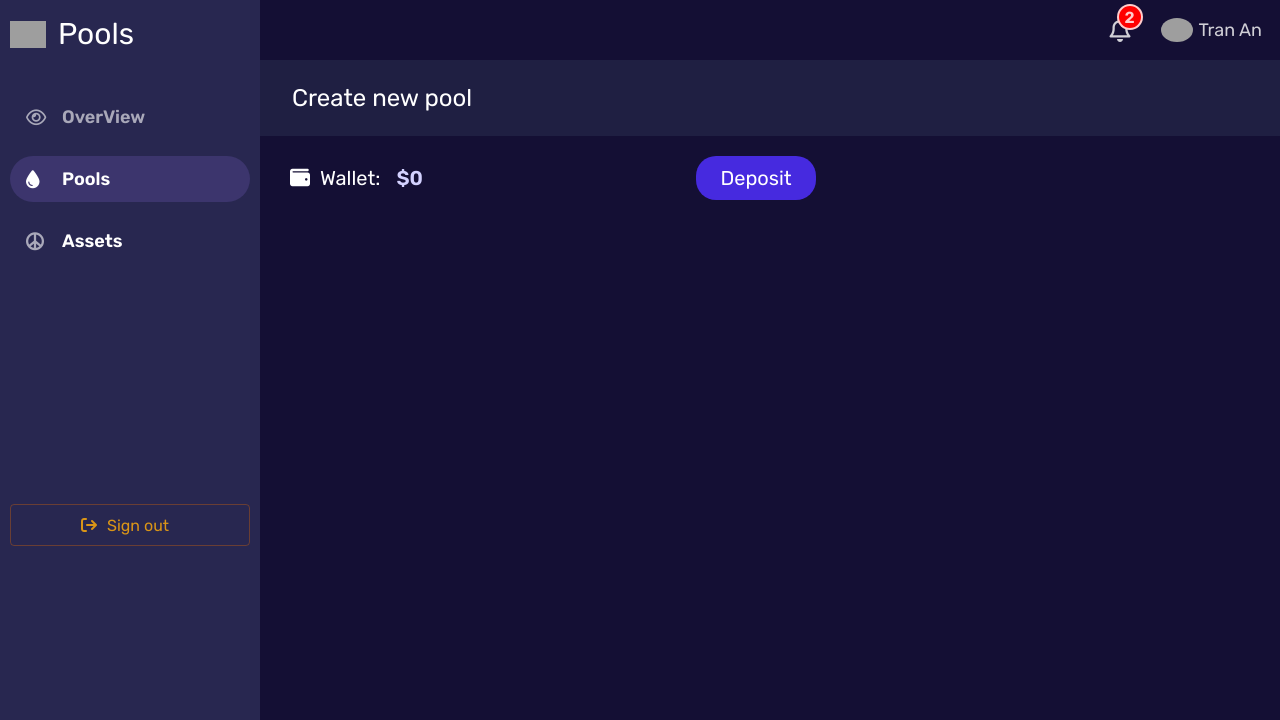
Repository: quynh232000/pools
Page: pool/create-pool.html
An editor plug-in stored every save of this project. The page is shown before and after the next save, followed by the edit.
The browser window is 1280 px wide. The pictures show the whole page.
Pictures or frames that could not be fetched are drawn as grey boxes.

Above is the page before, as saved 2023-07-14 00:23:29.

### pool/create-pool.html
<!DOCTYPE html>
<html lang="en">
  <head>
    <meta charset="UTF-8" />
    <meta name="viewport" content="width=device-width, initial-scale=1.0" />
    <title>Create Pool</title>

    <link rel="stylesheet" href="../src/css/base.css" />
    <link rel="stylesheet" href="../src/css/style.css" />
    <link rel="stylesheet" href="../src/css/pool.css" />
    <link rel="stylesheet" href="../src/css/create-pool.css" />
    <link
      rel="stylesheet"
      href="https://cdnjs.cloudflare.com/ajax/libs/font-awesome/6.4.0/css/all.min.css"
      integrity="sha512-iecdLmaskl7CVkqkXNQ/ZH/XLlvWZOJyj7Yy7tcenmpD1ypASozpmT/E0iPtmFIB46ZmdtAc9eNBvH0H/ZpiBw=="
      crossorigin="anonymous"
      referrerpolicy="no-referrer"
    />
  </head>
  <body>
    <div class="container">
      <div class="sidebar">
        <div class="sidebar-logo">
          <img src="https://sef-eco.vercel.app/assets/images/logo.png" alt="" />
          <span>Pools</span>
        </div>
        <div class="sidebar-items">
          <div class="sidebar-list">
            <div class="sidebar-item">
              <i class="fa-regular fa-eye"></i>
              <div class="sidebar-item-name">OverView</div>
            </div>
            <div class="sidebar-item sidebar-item-active">
              <i class="fa-solid fa-droplet"></i>
              <a href="/pool.html" class="sidebar-item-name">Pools</a>
            </div>
            <div class="sidebar-item">
              <i class="fa-solid fa-peace"></i>
              <a href="/index.html" class="sidebar-item-name">Assets</a>
            </div>
          </div>

          <div class="sidebar-sign-out">
            <i class="fa-solid fa-arrow-right-from-bracket"></i>
            <div class="sidebar-item-name">Sign out</div>
          </div>
        </div>
      </div>
      <div class="content">
        <div class="header">
          <div class="header-noti">
            <i class="fa-regular fa-bell"></i>
            <div class="header-noti-count">2</div>
          </div>
          <div class="header-user">
            <img
              src="https://static.vecteezy.com/system/resources/previews/002/002/257/original/beautiful-woman-avatar-character-icon-free-vector.jpg"
              alt=""
            />
            <div class="header-user-name">Tran An</div>
          </div>
        </div>
        <!-- body -->
        <div class="content-title">Create new pool</div>
        <div class="create-body">
          <div class="create-wallet">
            <i class="fa-solid fa-wallet"></i>
            <div class="create-wallet-title">Wallet:</div>
            <span>$0</span>
            <div class="create-btn">Deposit</div>
          </div>
          <div class="create-select-money"></div>
        </div>
      </div>
    </div>
  </body>
</html>

### src/css/base.css
@import url('https://fonts.googleapis.com/css2?family=Rubik:wght@300;400;500;600;700&display=swap');
 :root{
    --primary-color:#fff;
    --text-color:#fff;
    --text-1-color:rgb(211, 209, 255);
    --bg-color:#140f34;
    --bg-item-color:#282750;

 }
*{
    box-sizing: inherit;
}
html,body{
    box-sizing: border-box;
    margin: 0;
    padding: 0;
    font-family: 'Rubik', sans-serif;
    color: var(--text-color);
}
a{
    color: white;
    text-decoration: none;
}

### src/css/style.css
.container{
    width: 100%;
    min-height: 100vh;
    background-color: var(--bg-color);
    display: flex;
}
.sidebar{
    width: 20%;
    min-width: 260px;
    max-width: 400px;
    display: flex;
    flex-direction: column;
    min-height: 100vh;
    background-color: var(--bg-item-color);
}
.sidebar-logo{
    display: flex;
    width: 100%;
    align-items: center;
    padding: 16px 10px;
}
.sidebar-logo img{
    width: 15%;
}
.sidebar-logo span{
    font-size: 30px;
    color: var(--primary-color);
    margin-left: 12px;

}
.sidebar-items{
    padding: 26px 10px;
    display: flex;
    flex-direction: column;
    justify-content: space-between;
    min-height: 70vh;
}
.sidebar-list{

}
.sidebar-item{
    font-size: 18px;
    display: flex;
    align-items: center;
    padding: 12px 16px;
    border-radius: 40px;
    color: rgb(255 255 255/.6);
    margin-bottom: 16px;
    font-weight: 600;
    transition: color .3s;
}
.sidebar-item:hover{
    cursor: pointer;
    color: rgb(255 255 255/.8);
}
.sidebar-item-active{
    background-color:#3c356d ;
    color: var(--text-color);
}
.sidebar-item i{
    min-width: 36px;
}
.sidebar-sign-out{
    display: flex;
    align-items: center;
    color: rgb(218, 149, 23);
    text-align: center;
    border: 1px solid rgba(202, 98, 12,.4);
    justify-content: center;
    padding-right: 10px;
    border-radius: 4px;
    transition: color border .3s;
}
.sidebar-sign-out:hover{
    cursor: pointer;
    color: rgb(253, 166, 5);
    border: 1px solid rgba(202, 98, 12,.5);
}
.sidebar-sign-out i{
    margin-right: 10px;
    padding: 12px 0;
}

.content{
    width: 85%;
    min-height: 100vh;
    /* background-color: var(--bg-color); */
}
.header{
    display: flex;
    justify-content: flex-end;
    padding: 18px;
    color: rgb(255 255 255/.8);
    align-items: center;
}
.header-user{
    display: flex;
    align-items: center;
    font-size: 18px;

}
.header-user img {
    width: 32px;
    border-radius: 50%;
    margin-right: 6px;
}
.header-noti{
    display: flex;
    margin-right: 30px;
    font-size: 20px;
    position: relative;
    font-size: 24px;
}
.header-noti-count{
    width: 26px;
    height: 26px;
    position: absolute;
    top: -14px;
    left: 7px;
    border: 2px solid  rgb(255 255 255/.8);
    text-align: center;
    border-radius: 50%;
    font-size: 16px;
    display: flex;
    align-items: center;
    justify-content: center;
    background-color: var(--bg-color);
    background-color: red;
    font-weight: 600;

}
.content-title{
    background-color: #1f1f42;
    padding: 24px 32px;
    font-size: 24px;
}
.content-list{
    display: flex;
    flex-direction: column;
    align-items: center;
    padding: 0 40px;
}
.content-list-body{
    width: 100%;
    margin-top: 20px;

}
.content-nav{
    width: 100%;
    display: flex;
    justify-content: space-between;
    padding: 12px 26px;
    margin: 10px 0;
    transition: background-color .2s ;
}
.content-nav:hover{
    background-color: #2d2d44;
}
.nav-left{
    width: 50%;
    display: flex;
    align-items: center;
    justify-content: space-between;
    font-size: 22px;

}
.nav-left-info{
    display: flex;
    align-items: center;
}
.nav-left-info img{
    width: 32px;
    margin-right: 8px;
}
.nav-left-name{
    font-size: 22px;
}
.nav-left-balance{
    display: flex;
    flex-direction: column;
    align-items: center;
    flex: 1;
}
.nav-left-balance span:nth-child(2){
    font-size: 20px;
    color: #a8a8a8;
}


.nav-right{
    width: 40%;
    display: flex;
    justify-content: space-between;
    align-items: center;
    color: #b3b1fd;
}
.nav-right span{
    transition: color .3s;
}
.nav-right span i{
    font-size: 16px !important;
    margin-left: 4px;
}
.nav-right span:hover{
    color:#f8c2b0;
    cursor: pointer;
}
.nav-text{
    color: #b3b1fd;
    font-size: 20px;
}
.nav-right .nav-tex:hover{
    color: #b3b1fd !important;
    cursor: no-drop;
}

### src/css/pool.css
.p-content-body{
    width: 100%;
    display: flex;
    flex-wrap: wrap;
    padding: 20px 10px;
}
.content-item-wrapper{
    width: 33.333%;
    padding: 10px ;
}
.p-content-item{
    border-radius: 6px;
    background-color: var(--bg-item-color);
    padding: 14px;
    transition: background-color .3s ease;
}
.p-content-item:hover{
    background-color: #2e2e60;
}
.p-content-item-top{
    display: flex;
    align-items:flex-start;

}
.p-content-item-img{
    margin-right: 6px;
}
.p-content-item-top-info{
    display: flex;
    flex-direction: column;
}
.p-content-item-top-info span{
    padding-top: 4px;
}
.p-content-item-top-info p{
    margin: 4px 0 10px 0;
    color: #a7a3a3;
}
.p-content-item-bottom{
    display: flex;
}
.p-item-type{
    margin-right: 10px;
    padding: 0 8px;
    text-align: center;
}
.p-item-type:first-child{
    border-right: 1px solid gray;
    padding-right: 16px;
}
.p-item-type span{
    font-size: 14px;
    color: #a7a3a3;
    /* font-weight: 600; */
}
.p-item-type p{
    margin: 0;
}
.add-pool{
    display: flex;
    flex-direction: column;
    align-items: center;
    font-size: 20px;
    min-height: 122px;
    justify-content: center;
}
.add-pool i{
    font-size: 26px;
    margin-bottom: 6px;
}

### src/css/create-pool.css
.create-body{
    width: 100%;
    display: flex;
    flex-direction: column;
    padding: 20px 30px;
}
.create-wallet{
    display: flex;
    font-size: 20px;
    align-items: center;
}
.create-wallet-title{
    margin: 0 16px 0 10px;

}
.create-wallet span{
    color: var(--text-1-color);
    min-width: 300px;
    font-weight: 600;
}
.create-btn{
    background-color: rgb(70, 42, 223);
    padding: 10px 24px;
    border-radius: 20px;
    display: flex;
    justify-content: center;
    align-items: center;
    transition: background-color .3s ease;
}
.create-btn:hover{
    background-color: #6a67ea;
    cursor: pointer;
}

After the next save:
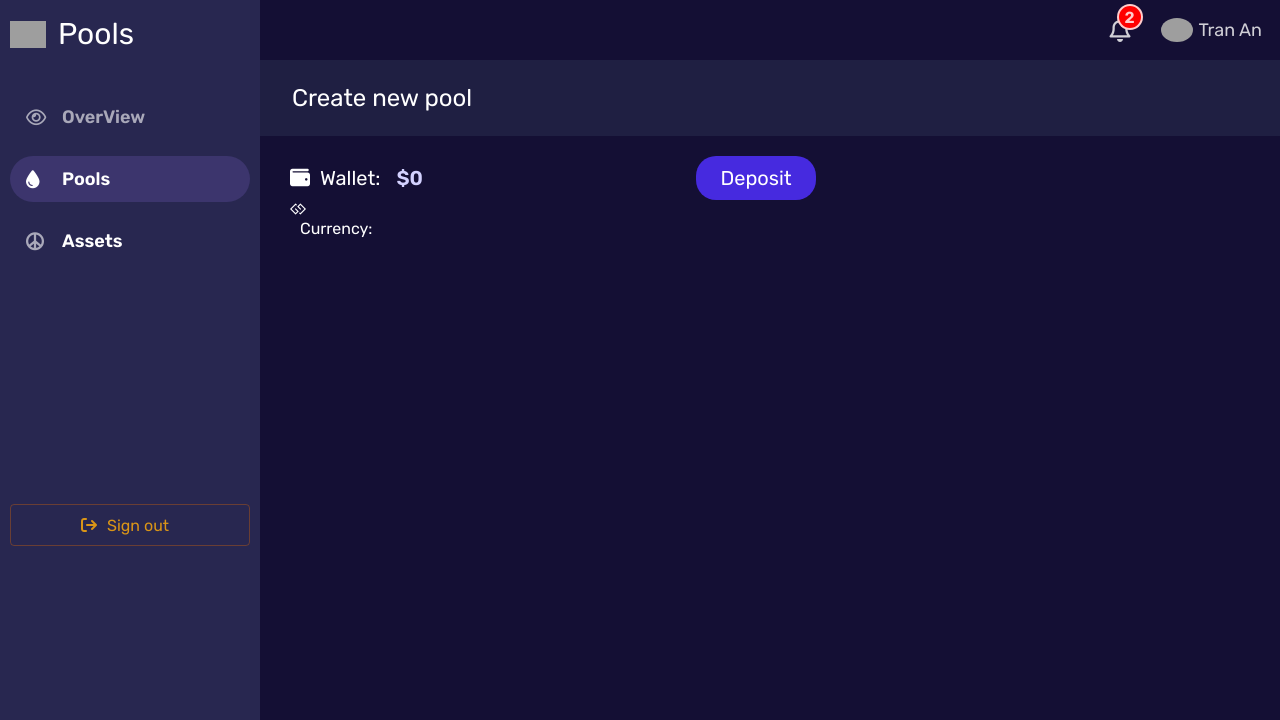
Saved 2 min 11 s later.
--- a/pool/create-pool.html
+++ b/pool/create-pool.html
@@ -69,7 +69,10 @@
             <span>$0</span>
             <div class="create-btn">Deposit</div>
           </div>
-          <div class="create-select-money"></div>
+          <div class="create-select-money">
+            <i class="fa-brands fa-gg"></i>
+            <div class="create-wallet-title">Currency:</div>
+          </div>
         </div>
       </div>
     </div>
